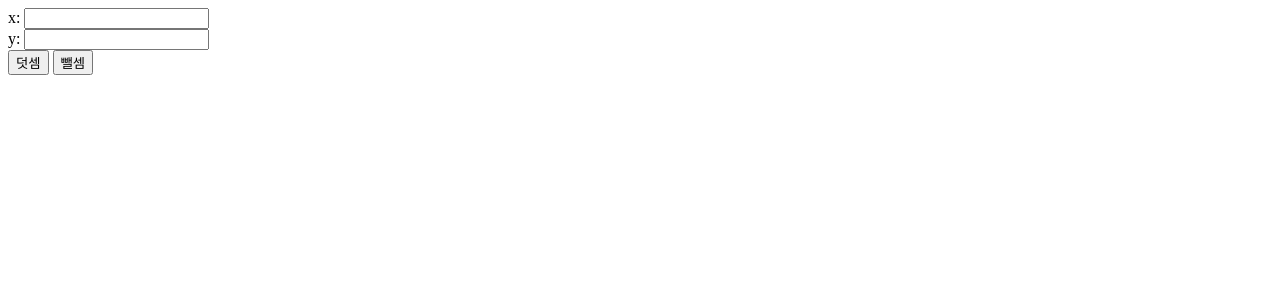
Repository: Doyoung-Park/JSP_Servlet
Page: workspace/JSPPrj/src/main/webapp/add2.html
An editor plug-in stored every save of this project. The page is shown before and after the next save, followed by the edit.
The browser window is 1280 px wide. The pictures show the whole page.

Above is the page before, as saved 2022-01-13 14:39:46.

After the next save:
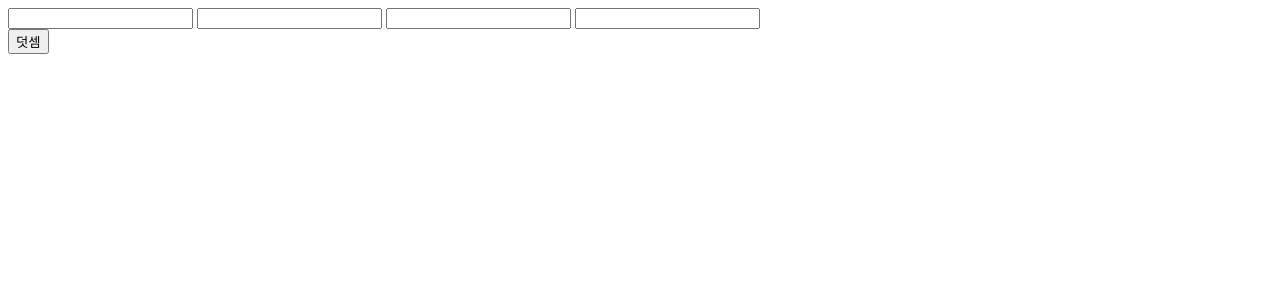
Saved 10 min 10 s later.
--- a/workspace/JSPPrj/src/main/webapp/add2.html
+++ b/workspace/JSPPrj/src/main/webapp/add2.html
@@ -7,16 +7,14 @@
 <body>
 	<form action="add2" method="post">
 		 <div>
-		 	<label>x: </label>
+		 	<input type="text" name="X"/>
 		 	<input type="text" name="X"/>	<!--  name tag를 단 input msg -->
-		 </div>
-		 <div>
-		 	<label>y: </label>
-		 	<input type="text" name="Y"/>
+		 	<input type="text" name="X"/>
+		 	<input type="text" name="X"/>
 		 </div>
 		 <div>
 		 	<input type="submit" name="operator" value="덧셈"/>
-		 	<input type="submit" name="operator" value="뺄셈"/>
+
 		 </div>
 
 
